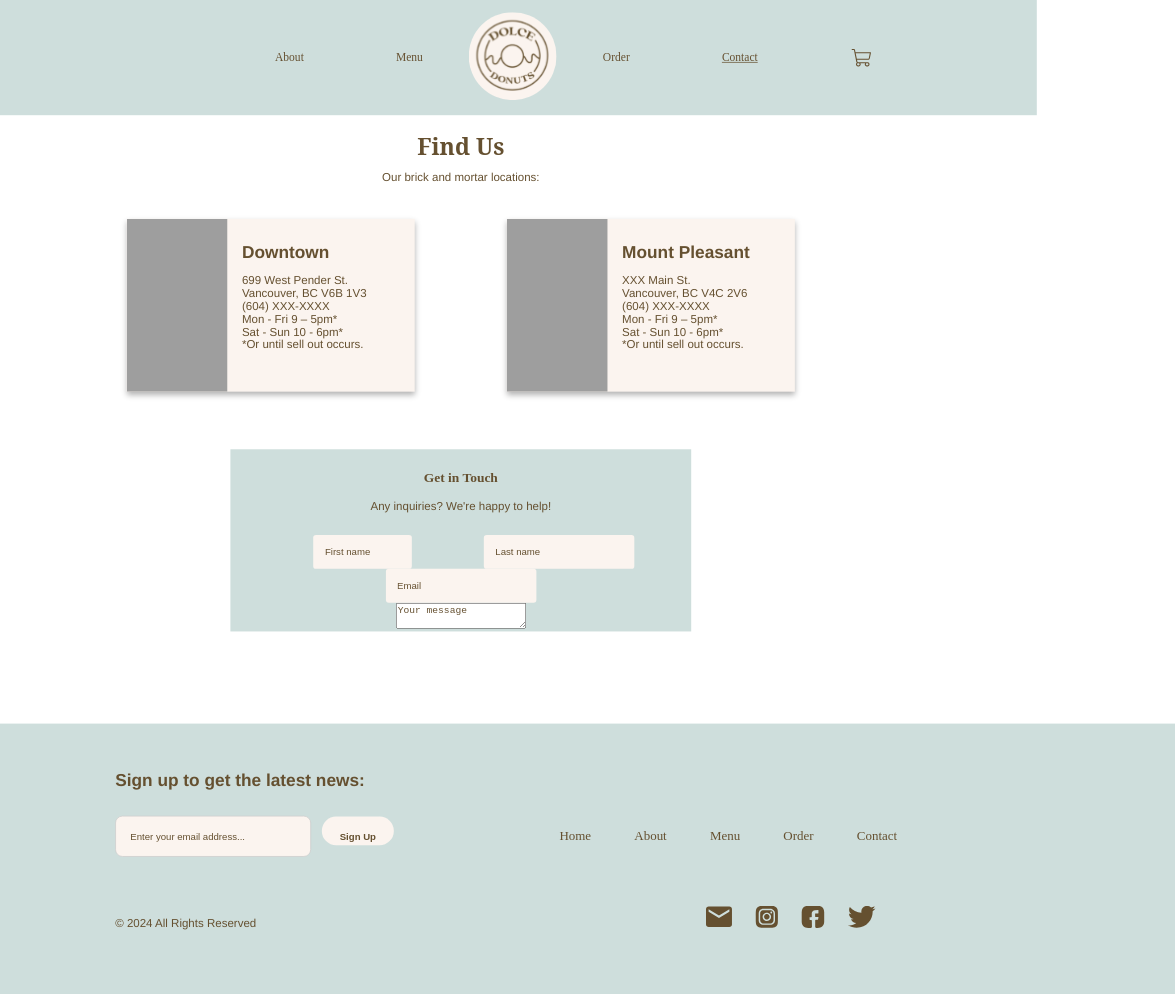
Repository: Crystalhtc/dolcedonuts
Page: /contact
These files come from the project's save history. The page is drawn as it stood at one moment and after the next save; the edit follows.
The browser window is 1280 px wide. The page is 1632 px wide, so the pictures cover 1632 px, including what lies to the right of the window. The pictures show the whole page, at 72% of full size.
Pictures or frames that could not be fetched are drawn as grey boxes. The project was rebuilt for these pictures with package versions that can differ from the ones it lists, and the page was loaded fresh each time. Also part of the build but not shown: vite.config.js, src/pages/Home.module.css, src/pages/Home.jsx, src/components/ProductCard/ProductCard.jsx, src/Data/products.js, src/pages/Order.css, src/pages/Menu.jsx, src/pages/Order.jsx and 13 more.

Above is the page before, as saved 2024-10-20 15:24:40.

### src/App.jsx
import React from 'react';
import "./App.css";
import { BrowserRouter as Router, Route, Routes } from 'react-router-dom';
import Header from './components/Header/Header';
import Footer from './components/Footer/Footer';
import Home from './pages/Home';
import Menu from './pages/menu';
import Order from './pages/order';
import Contact from './pages/Contact';
import About from './pages/About';
import Checkout from './pages/Checkout';
import Cart from './pages/Cart';
import ProductDetails from './pages/ProductDetails';
import PaymentReview from './pages/PaymentReview';

function App() {

  return (
    <Router>
      <Header />
      <Routes>
        <Route path="/" element={<Home />} />
        <Route path="/about" element={<About />} />
        <Route path="/menu" element={<Menu />} />
        <Route path="/order" element={<Order />} />
        {/* <Route path="/productdetails/:id" element={<ProductDetails />} /> */}
        <Route path="/productdetails" element={<ProductDetails />} />
        <Route path="/contact" element={<Contact />} />
        <Route path="/cart" element={<Cart />} />
        <Route path="/checkout" element={<Checkout />} />
        <Route path="/paymentreview" element={<PaymentReview />} />
      </Routes>
      <Footer />
    </Router>
  );
}

export default App;

### src/App.css
@import url('https://fonts.googleapis.com/css2?family=Arimo:ital,wght@0,400..700;1,400..700&display=swap');
@import url('https://fonts.googleapis.com/css2?family=Noto+Serif:ital,wght@0,100..900;1,100..900&display=swap');

:root {
    --mint: #CEDEDC;
    --cream: #FBF4EF;
    --pink: #F5CCD6;
    --dark-pink: #E3BBC5;
    --brown: #655030;
    --dark-brown: #4C3B22;
}
body {
    margin: 0 auto;
}
/* font */
/* heading, button */
h1 {
    font-family: "Noto Serif", serif;
    color: #655030;
    font-size: 28pt;
}
/* subheading */
h2 {
    font-size: 24pt;
    font-family: 'Arimo', sans-serif;
    color: #655030;
}
/* paragraph */
p {
    font-family: 'Arimo', sans-serif;
    color: #655030;
}

.container {
    max-width: 1440px;
    margin: 0 auto;
    height: auto;
    /* padding: 20px;  */
}

### src/components/Header/Header.jsx
import { NavLink } from 'react-router-dom';
import styles from './Header.module.css';
import logo from '../../assets/logo.svg';
import cartIcon from '../../assets/cart-icon.svg';

export default function Header() {
  return (
    <nav className={styles.nav}>
      <ul className={styles.navList}>
        <li className={styles.navItem}>
          <NavLink to="/about" className={({ isActive }) => (isActive ? styles.activeLink : undefined)}>About</NavLink>
        </li>
        <li className={styles.navItem}>
          <NavLink to="/menu" className={({ isActive }) => (isActive ? styles.activeLink : undefined)}>Menu</NavLink>
        </li>
        <li className={styles.logoContainer}>
          <NavLink to="/">
            <img src={logo} alt="Logo" className={styles.logo} />
          </NavLink>
        </li>
        <li className={styles.navItem}>
          <NavLink to="/order" className={({ isActive }) => (isActive ? styles.activeLink : undefined)}>Order</NavLink>
        </li>
        <li className={styles.navItem}>
          <NavLink to="/contact" className={({ isActive }) => (isActive ? styles.activeLink : undefined)}>Contact</NavLink>
        </li>
        <li className={styles.navItem}>
          <NavLink to="/cart" className={({ isActive }) => (isActive ? styles.activeLink : undefined)}>
            <img src={cartIcon} alt="Cart" className={styles.cartIcon} />
          </NavLink>
        </li>
      </ul>
    </nav>
  );
}

### src/components/Footer/Footer.jsx
import React from 'react';
import styles from './Footer.module.css';
import socialMediaIcons from '../../assets/social-media-icons.svg';

const Footer = () => {
    return (
        <footer className={styles.footer}> {/* Use styles for className */}
            <h2 className={styles.signUpMessage}>Sign up to get the latest news:</h2>

            <div className={styles.topContainer}>
                <div className={styles.newsletterSignup}> {/* Use styles for className */}
                    <input type="email" placeholder="Enter your email address..." />
                       <button className={styles.signupButton}>Sign Up</button> {/* Use styles for className */}
                </div>

                 <div className={styles.footerLinks}>
                     <ul className={styles.linkList}>
                        <li><a href="/">Home</a></li>
                        <li><a href="/about">About</a></li>
                        <li><a href="/menu">Menu</a></li>
                        <li><a href="/order">Order</a></li>
                        <li><a href="/contact">Contact</a></li>
                    </ul>
                </div>
            </div>

            <div className={styles.footerBottomContainer}>
                <p>© 2024 All Rights Reserved</p>
                <div className={styles.socialMedia}> {/* Use styles for className */}
                    <img src={socialMediaIcons} alt="Social Media Icons" />
                </div>
            </div>
        </footer>
    );
};

export default Footer;

### src/pages/Contact.jsx
import styles from './Contact.module.css';
import Form from '../components/ContactUsForm/ContactForm';

export default function Contact() {
    return(
        <div className={styles.contactUsContainer}>
            <h1 className={styles.contactUsH1}>Find Us</h1>
            <p>Our brick and mortar locations:</p>
                <div className={styles.contactUsCardContainer}>
                    <div className={styles.contactUsCard}>
                        <div className={styles.locationOne}>
                            <img src="https://images.unsplash.com/photo-1574033566548-f6c3f48cc11e?q=80&w=2160&auto=format&fit=crop&ixlib=rb-4.0.3&ixid=M3wxMjA3fDB8MHxwaG90by1wYWdlfHx8fGVufDB8fHx8fA%3D%3D"
                            alt="cafe table 1"
                            width={140}
                            height={240}
                            className={styles.contactUsImg}
                            />
                            <div>
                                <h2 className={styles.contactUsText}>Downtown</h2>
                                    <p className={styles.contactUsText}> 699 West Pender St.
                                    <br/>
                                    Vancouver, BC V6B 1V3
                                    <br/>
                                    (604) XXX-XXXX
                                    <br/>
                                    Mon - Fri  9 – 5pm*
                                    <br/>
                                    Sat - Sun 10 - 6pm*
                                    <br/>
                                    *Or until sell out occurs.
                                    </p>
                            </div>

                        </div>
                    </div>

                    <div className={styles.contactUsCard}>
                        <div className={styles.locationOne}>
                            <img src="https://images.unsplash.com/photo-1613274554329-70f997f5789f?q=80&w=2574&auto=format&fit=crop&ixlib=rb-4.0.3&ixid=M3wxMjA3fDB8MHxwaG90by1wYWdlfHx8fGVufDB8fHx8fA%3D%3D"
                            alt="cafe table 2"
                            width={140}
                            height={240}
                            className={styles.contactUsImg}
                            />
                            <div>
                                <h2 className={styles.contactUsText}>Mount Pleasant</h2>
                                    <p className={styles.contactUsText}> XXX Main St.
                                    <br/>
                                    Vancouver, BC V4C 2V6
                                    <br/>
                                    (604) XXX-XXXX
                                    <br/>
                                    Mon - Fri  9 – 5pm*
                                    <br/>
                                    Sat - Sun 10 - 6pm*
                                    <br/>
                                    *Or until sell out occurs.
                                    </p>
                            </div>
                        </div>
                    </div>
                </div>
            <Form/>
        </div>
    )
}

### src/components/Header/Header.module.css
.nav {
    width: 1440px;
    height: 160px;
    background-color: var(--mint);
    display: flex;
    justify-content: center;
    flex-shrink: 0;
    margin: auto;
}

.navList {
    list-style-type: none;
    display: flex;
    justify-content: center;
    align-items: center;
    margin: 0;
    padding: 0;
    width: 100%;

    margin-left: 11%;
}

.navItem {
    margin: 0 4rem;
}

.navItem a {
    text-decoration: none;
    color: var(--brown);
}

.logoContainer {
    flex: 0 0 auto;
}

.logo {
    width: 122px;
    height: 122px;
    object-fit: contain;
}

.cartIcon {
    width: 36px;
    height: auto;
}

.navItem .activeLink {
    text-decoration: underline;
    color: var(--brown);
}

### src/components/Footer/Footer.module.css
.footer {
    width: 1440px;
    height: 312px;
    background-color: var(--mint);
    padding: 2rem;
    color: var(--brown);
    padding-left: 10rem;
    flex-shrink: 0;
    margin: auto;
}

.topContainer {
    display: flex;
    align-items: center;
    gap: 10rem;
}

.footerBottomContainer {
    display: flex;
    margin-top: 3rem;
    gap: 39rem;
}

.newsletterSignup input {
    padding: 20px;
    width: 230px;
    border: 1px solid #ccc;
    background-color: var(--cream);
    border-radius: 10px;
}

.signupButton {
    width: 100px;
    padding: 20px;
    margin-left: 15px;
    background-color: var(--cream);
    color: var(--brown);
    font-weight: bold;
    border: none;
    border-radius: 20px;
}

.footerLinks {
    margin: 20px 0;
    display: flex;
    font-size: large;
}

.linkList a {
    color: var(--brown);
    list-style-type: none;
    text-decoration: none;
}

.linkList li {
    text-decoration: none;
    display: inline;
    margin: 0 30px;
}

.socialMedia img {
    width: 250px;
    height: auto;
}

### src/pages/Contact.module.css
.contactUsContainer {
    text-align: center;
}

.contactUsH1 {
    margin-bottom: -2px;
}

.contactUsCardContainer {
    display: flex;
    gap: 10%;
    justify-content: center;
    margin-top: 3rem;
}

.locationOne {
    display: flex;
}

.contactUsText {
    text-align: left;
    padding-left: 20px;
}

.contactUsCard {
    background-color: var(--cream);
    width: 400px;
    box-shadow: 0 4px 8px rgba(0, 0, 0, 0.3);
    margin-bottom: 5rem;
}

### src/components/ContactUsForm/ContactForm.jsx
import { useState } from "react";
import styles from './ContactForm.module.css';

export default function Form() {
    const [firstName, setFirst] = useState('');
    const [lastName, setLast] = useState('');
    const [submitted, setSubmitted] = useState(false);

    const handleSubmission = async (e) => {
        e.preventDefault();
        console.log('Thank you for your inquiry!');
        setSubmitted(true);
    };

    return (
        <>
            {submitted ? (
                <div className={styles.successfulMessage}>
                    <h2>Thank you for your inquiry!</h2>
                    <p>You will hear from us within 14 business days.</p>
                </div>
            ) : (
                <form onSubmit={handleSubmission} className={styles.formContainer}>
                    <div className={styles.nameContainer}>
                        <h3>Get in Touch</h3>
                        <p>Any inquiries? We're happy to help!</p>
                        <div className={styles.nameFieldContainer}>
                            <div className={styles.nameField}>
                                <input
                                    className={styles.inputWidth}
                                    name="firstName"
                                    placeholder="First name"
                                    type="text"
                                    value={firstName}
                                    onChange={(e) => setFirst(e.target.value)}
                                    required
                                />
                            </div>
                            <div className={styles.nameField}>
                                <input
                                    name="lastName"
                                    placeholder="Last name"
                                    type="text"
                                    value={lastName}
                                    onChange={(e) => setLast(e.target.value)}
                                    required
                                />
                            </div>
                        </div>
                        <div className={styles.formPlaceholders}>
                            <input type="email" name="email" placeholder="Email"/>
                        </div>

                        <div className={styles.formPlaceholders}>
                            <textarea name="message" placeholder="Your message"></textarea>
                        </div>
                    </div>

                </form>
            )}
        </>
    );
}

{/* <div className={styles.contactFormContainer}>
            <h2>Get in touch</h2>
            <p>Any inquiries? We're happy to help.</p>
            <form className={styles.form}>
                <div className={styles.formPlaceholdersName}>
                    <input type="text" name="firstName" placeholder="First name"/>
                    <br/>
                    <input type="text" name="lastName" placeholder="Last name"/>
                </div>

                <div className={styles.formPlaceholders}>

                </div>

                <div className={styles.formPlaceholders}>
                    <input type="email" name="email" placeholder="Email"/>
                </div>

                <div className={styles.formPlaceholders}>
                    <textarea name="message" placeholder="Your message"></textarea>
                </div>
            </form>
        </div> */}

### src/pages/Checkout.module.css
.checkoutContainer {
    display: flex;
    align-items: center;
    justify-content: center;
}

input {
    background-color: var(--cream);
    border: none;
    padding: 1rem;
    border-radius: 4px;
}

.contactInputs {
    display: flex;
    flex-direction: column;
}

.checkoutContainer {
    display: flex;
    justify-content: space-between;
    align-items: start;
    padding: 2rem;
    max-width: 1200px;
    margin: 0 auto;
    gap: 3rem;
}

.leftColumn {
    flex: 2;
}

.rightColumn {
    flex: 1;
    padding: 2rem;
    height: fit-content;
    border-left: 1px solid var(--brown);
}

::placeholder {
    color: var(--brown);
}

h3 {
    color: var(--brown);
}

/* Contact Section */
.contactInputs {
    display: flex;
    flex-direction: column;
    gap: 1rem;
}

/* Delivery Section */
.deliveryOptions {
    display: flex;
    flex-direction: column;
    align-items: center;
}

.deliveryToggle {
    display: flex;
    align-items: center;
    gap: 1rem;
    margin: 1rem 0;
    background-color: var(--cream);
    border-radius: 10px;
    padding: 0.5rem;
    width: 60%;
}

/* Delivery Toggle Buttons */
.deliveryToggle {
    display: flex;
    gap: 1rem; /* Space between buttons */
}

.deliveryToggle button {
    padding: 0.75rem 1rem;
    border: none;
    border-radius: 20px;
    cursor: pointer;
    flex: 1;
    transition: background-color 0.3s ease; /* Smooth transition */
}

/* Default styles */
.pickupButton {
    background-color: transparent; /* Inactive state */
    color: var(--brown); /* Text color */
}

.deliveryButton {
    background-color: transparent; /* Inactive state */
    color: var(--brown); /* Text color */
}

/* Active styles */
.pickupButton.active,
.deliveryButton.active {
    background-color: var(--mint); /* Active button color */
}

/* Hover state */
.deliveryToggle button:hover {
    background-color: pink; /* Hover state */
}

/* Optional: Set a specific color for inactive buttons' text */
.deliveryToggle button:not(.active) {
    color: var(--brown); /* Change to desired inactive text color */
}

.addresses {
    display: flex;
    flex-direction: column;
    gap: 1rem;
}

.downtown, .mountPleasant {
    background-color: var(--cream);
    border-radius: 10px;
    padding: 1rem;
    display: flex;
    gap: 1rem;
    align-items: start;
}


/* Payment Section */
.paymentContainer {
    margin: 1rem 0;
}

.creditCardTitle {
    background: var(--mint);
    padding: 0.5rem 1rem;
    margin-bottom: 1rem;
}

.paymentInputs {
    display: flex;
    flex-direction: column;
    gap: 1rem;
}

.fullWidthInput input {
    width: 100%;
}

.halfWidthInput {
    display: flex;
    justify-content: space-between;
}

.firstHalfInput {
    width: 100%;
}

.secondHalfInput {
    width: 100%;
    display: flex;
    justify-content: end;
}

.firstHalfInput input {
    width: 90%;
}

.secondHalfInput input {
    width: 90%;
}

.halfWidthInputField input {
    width: 50%
}

.paymentInputs > div {
    display: flex;
    gap: 1rem;
}

/* Right Column Styling */
.checkoutProducts {
    display: flex;
    flex-direction: column;
    gap: 1rem;
    margin-bottom: 2rem;
}

.discountCode {
    display: flex;
    gap: 1rem;
    margin-bottom: 2rem;
    height: 3rem;
}

.discountInput {
    flex: 1;
    background: none;
    border: 2px solid var(--mint);
}

.discountButton {
    height: 3rem;
    padding: 0 1.5rem;
    background: none;
    border: none;
    border-radius: 10px;
    cursor: pointer;
    background: var(--cream);
}

.discountButton:hover {
    background: var(--brown);
    color: var(--cream);
}

.price {
    display: flex;
    flex-direction: column;
    margin-bottom: 2rem;
}

.subtotal, .tax, .total {
    display: flex;
    justify-content: space-between;
    align-items: center;
}

.total {
    font-weight: bold;
    font-size: 1.2rem;
    border-top: 1px solid #ccc;
    padding-top: 1rem;
}

/* Section Headers */
h1 {
    margin-bottom: 2rem;
    font-size: 2rem;
}

h2 {
    margin: 2rem 0 1rem 0;
    font-size: 1.5rem;
}

/* Responsive Design */
@media (max-width: 768px) {
    .checkoutContainer {
        flex-direction: column;
        padding: 1rem;
    }

    .rightColumn {
        width: 100%;
    }

    .paymentInputs > div,
    .addressInputs > div {
        flex-direction: column;
    }
}

### src/pages/PaymentReview.module.css

.reviewContainer > h1 {
    margin: 2rem auto;
    text-align: center;
    color: var(--brown);
}

.orderReview {
    display: flex;
    justify-content: space-between;
    align-items: start;
    width: 100%;
    gap: 2rem;
}

.orderDetails {
    flex: 2;
    margin-left: 2rem;
}

.orderSummary {
    flex: 1;
    padding: 2rem;
    height: fit-content;
    border-left: 1px solid var(--brown);
}

.orderTable {
    border-collapse: collapse;
    background: var(--cream);
}

.orderTable tr {
    border: 1px solid var(--brown);
}

.orderTable td {
    padding: 1rem;
    color: var(--brown);
}

.orderTable td:first-child {
    font-weight: bold;
    width: 30%;
}

.productList {
    display: flex;
    flex-direction: column;
    gap: 1rem;
    margin-bottom: 2rem;
}

.productCard {
    display: flex;
    gap: 1rem;
    padding: 1rem;
    border: 1px solid var(--brown);
    background-color: var(--cream);
    align-items: start;
    justify-content: start;
}

.productImage {
    width: 80px;
    height: 80px;
    background-color: #f0f0f0;
    border-radius: 4px;
}

.productInfo {
    flex: 1;
    color: var(--brown);
}

.productName {
    font-size: 1.2rem;
    font-weight: bold;
    color: var(--brown);
}

.productPrice {
    color: var(--brown);
    font-weight: bold;
}

.priceSummary {
    display: flex;
    flex-direction: column;
    margin-bottom: 2rem;
}

.subtotal, .tax, .total {
    display: flex;
    justify-content: space-between;
    align-items: center;
    color: var(--brown);
}

.total {
    font-weight: bold;
    font-size: 1.2rem;
    border-top: 1px solid var(--brown);
    padding-top: 1rem;
}

.continueButtonContainer {
    width: 100%;
    display: flex;
    justify-content: center;
    margin-top: 2rem;
}

.continueButton {
    width: 50%;
}

/* Section Headers */
h1 {
    margin-bottom: 2rem;
    font-size: 2rem;
    color: var(--brown);
}

/* Responsive Design */
@media (max-width: 768px) {
    .reviewContainer {
        padding: 1rem;
    }

    .orderSummary {
        width: 100%;
        border-left: none;
        border-top: 1px solid var(--brown);
        padding-top: 2rem;
    }

    .continueButton button {
        width: 100%;
    }

    .orderTable td {
        display: block;
        width: 100%;
    }

    .orderTable td:first-child {
        width: 100%;
        padding-bottom: 0;
    }
}

### src/components/ProductCard/ProductCard.module.css
.container {
    width: 340px;
    height: 530px;
    border-radius: 8px;
    padding: 18px 8px;
    box-shadow: 0px 4px 4px 0px rgba(0, 0, 0, 0.25);
    display: flex;
    flex-direction: column;
    align-items: center;
}
.priceAndButton {
    display: flex;
    flex-direction: row;
    align-items: center;
    gap: 10em;
}
button {
    width: 95px;
    height: 36px;
    border-radius: 8px;
    border: none;
    color: var(--brown);
    background: var(--Cream, #FBF4EF);
}
button h2 {
    margin: 0;
}

### src/components/ContactUsForm/ContactForm.module.css
.form {
    justify-content: left;
    text-align: left;
}
.formPlaceholdersName {
    display: flex;
}

.contactFormContainer {
    text-align: center;
}

.nameFieldContainer {
    display: flex;
    justify-content: center;
    gap: 10%;
    padding-top: 15px;
}

.inputWidth{
    width: 50%;
}

form {
    background-color: var(--mint);
    margin-left: 25%;
    margin-right: 25%;
    margin-bottom: 10%;
    padding-top: 10px;
}

Loaded but not shown: index.html (common file); src/main.jsx (common file)

After the next save:
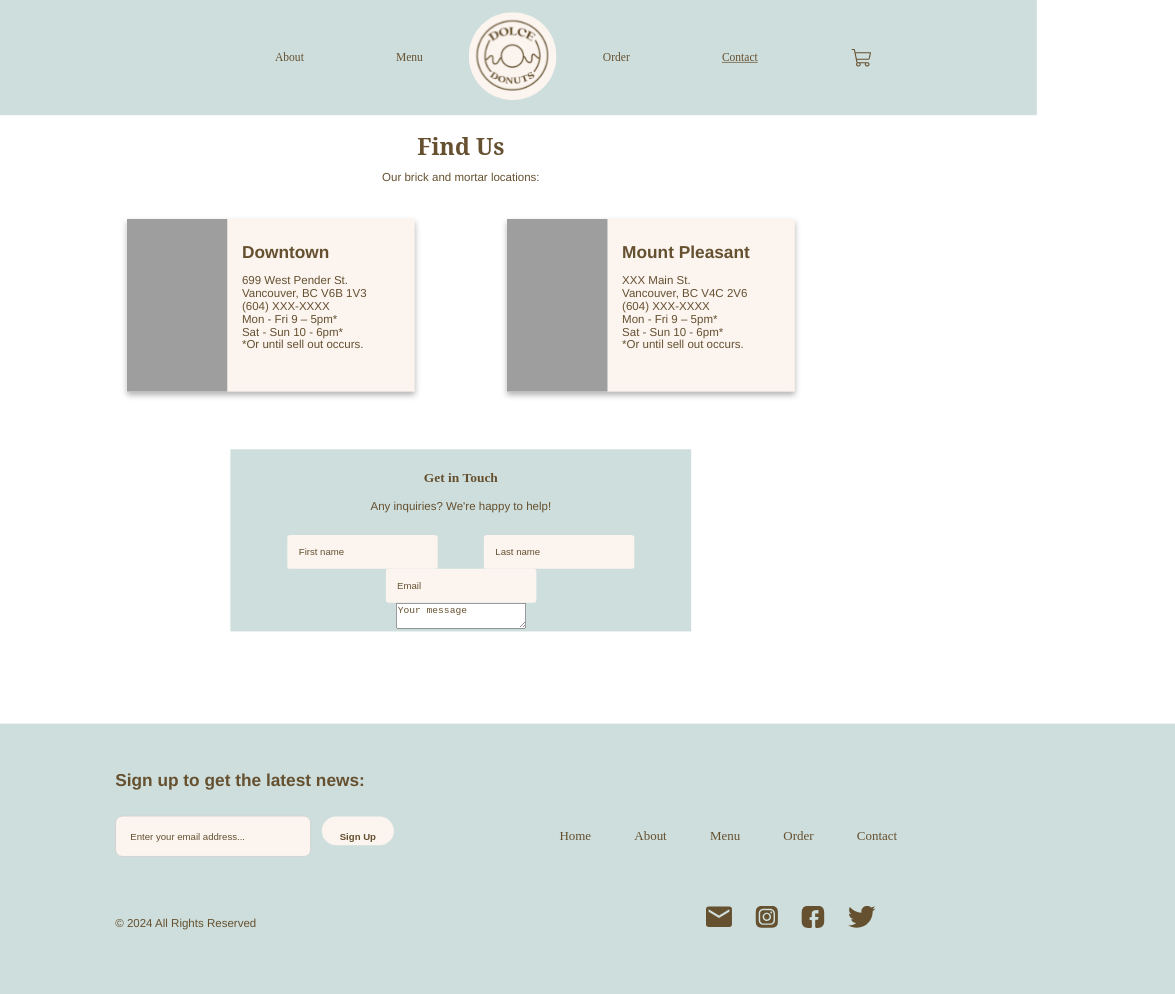
Saved 6 s later.
--- a/src/components/ContactUsForm/ContactForm.module.css
+++ b/src/components/ContactUsForm/ContactForm.module.css
@@ -18,7 +18,7 @@
 }
 
 .inputWidth{
-    width: 50%;
+    width: ;
 }
 
 form {
